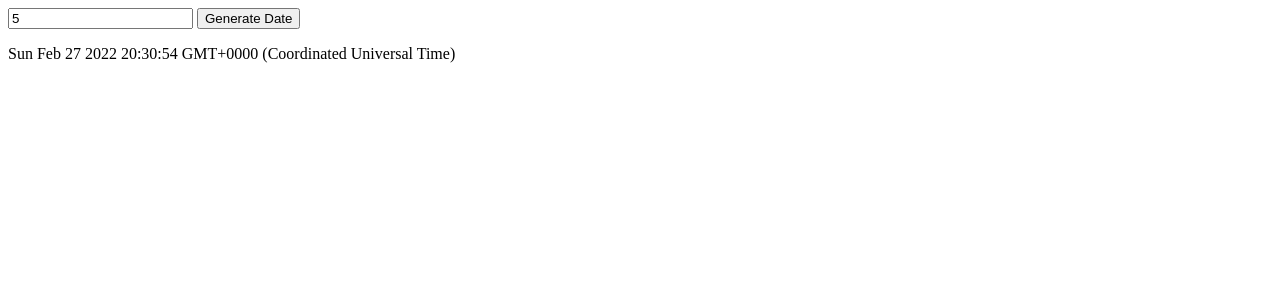
Repository: jfjadloc/jfjadloc.github.io
Page: Timestamp/index.html
The author's editor kept a copy of each file at every save. The page is drawn from the files as they stood at one save, then again after the next save.
The browser window is 1280 px wide. The pictures show the whole page.
Empty fields were first filled with sample values (such as "Sample", 5 or name@example.com).
After loading, the first visible `#myBtn` was clicked once.

Above is the page before, as saved 2022-02-27 20:37:02.

After the next save:
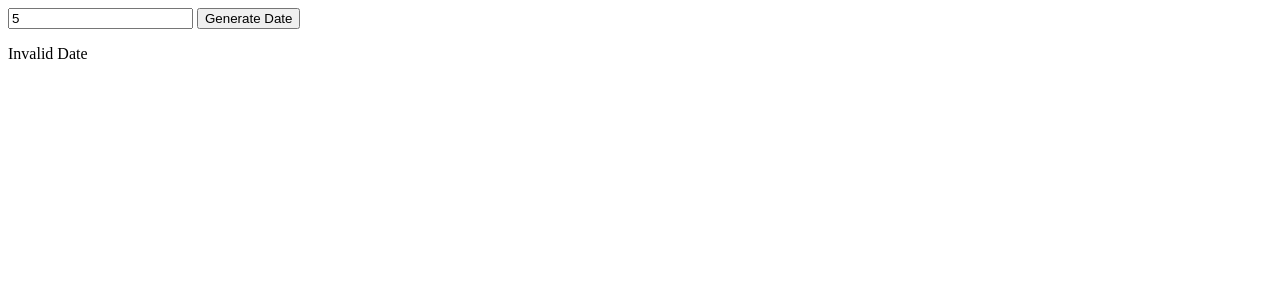
Saved 2 min 24 s later.
--- a/Timestamp/index.html
+++ b/Timestamp/index.html
@@ -17,7 +17,7 @@
         function displayDate() {
             var ST = document.getElementById("date_input");
 
-            document.getElementById("answer").innerHTML = Date(ST);
+            document.getElementById("answer").innerHTML = new Date(ST);
         }
     </script>
 </body>
